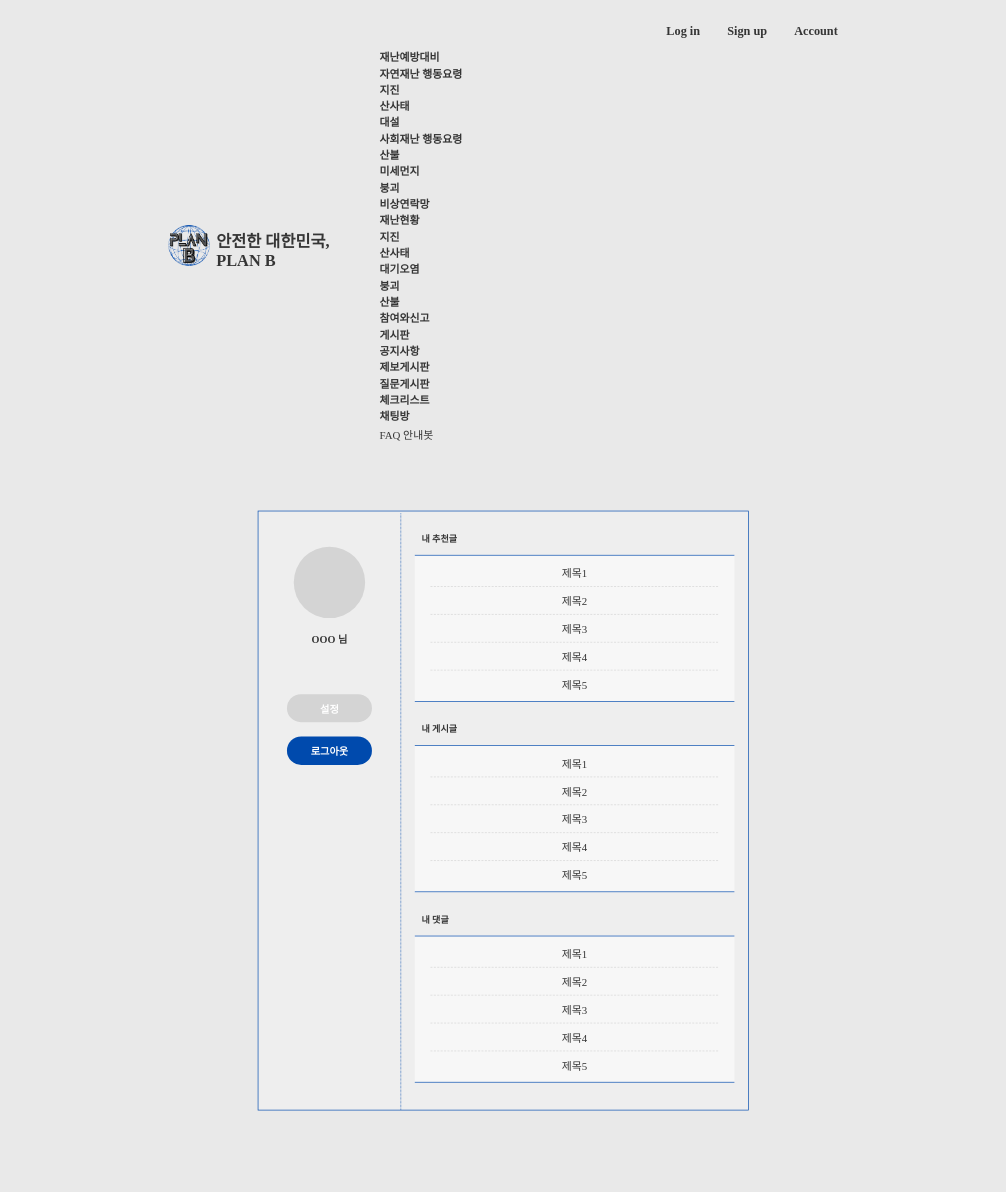
Repository: finalteam4/final
Page: http://localhost/member/account
The author's editor kept a copy of each file at every save. The page is drawn from the files as they stood at one save, then again after the next save.
The browser window is 1280 px wide. The page is 1480 px wide, so the pictures cover 1480 px, including what lies to the right of the window. The pictures show the whole page, at 68% of full size.
The page is this project's Thymeleaf template; nobody is signed in. The template is opened directly, without the code that normally fills it, so the values that code supplies are empty.

Above is the page before, as saved 2024-02-08 03:07:38.

After the next save:
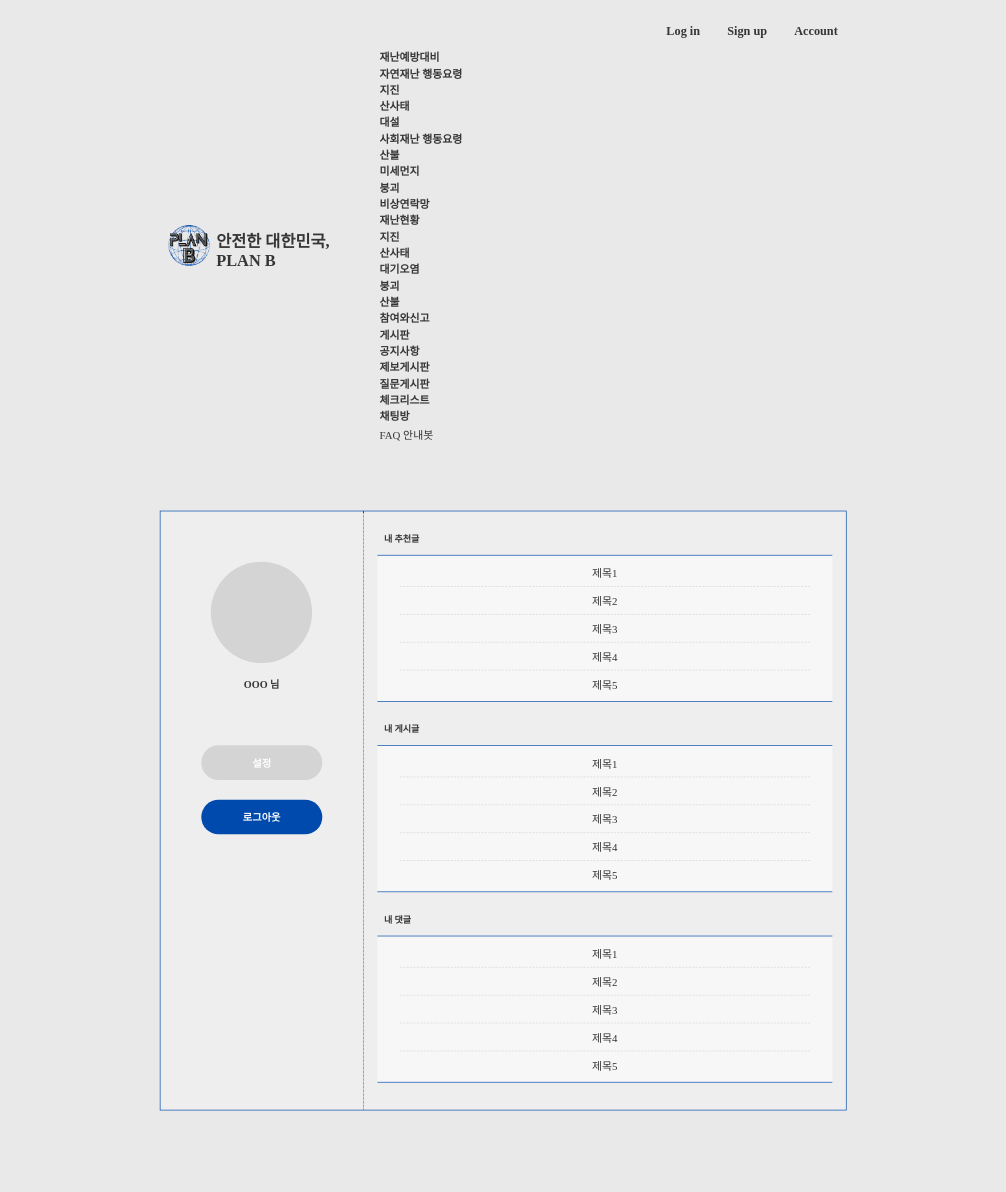
Saved 25 s later.
--- a/final/src/main/resources/static/css/style.css
+++ b/final/src/main/resources/static/css/style.css
@@ -182,7 +182,7 @@ ul li{list-style: none;}
   }
   /* account 스타일 */
   #account{
-    width: 50%;
+    width: 70%;
     margin: 100px auto;
     display: flex;
     border: 1px solid #004aad;
